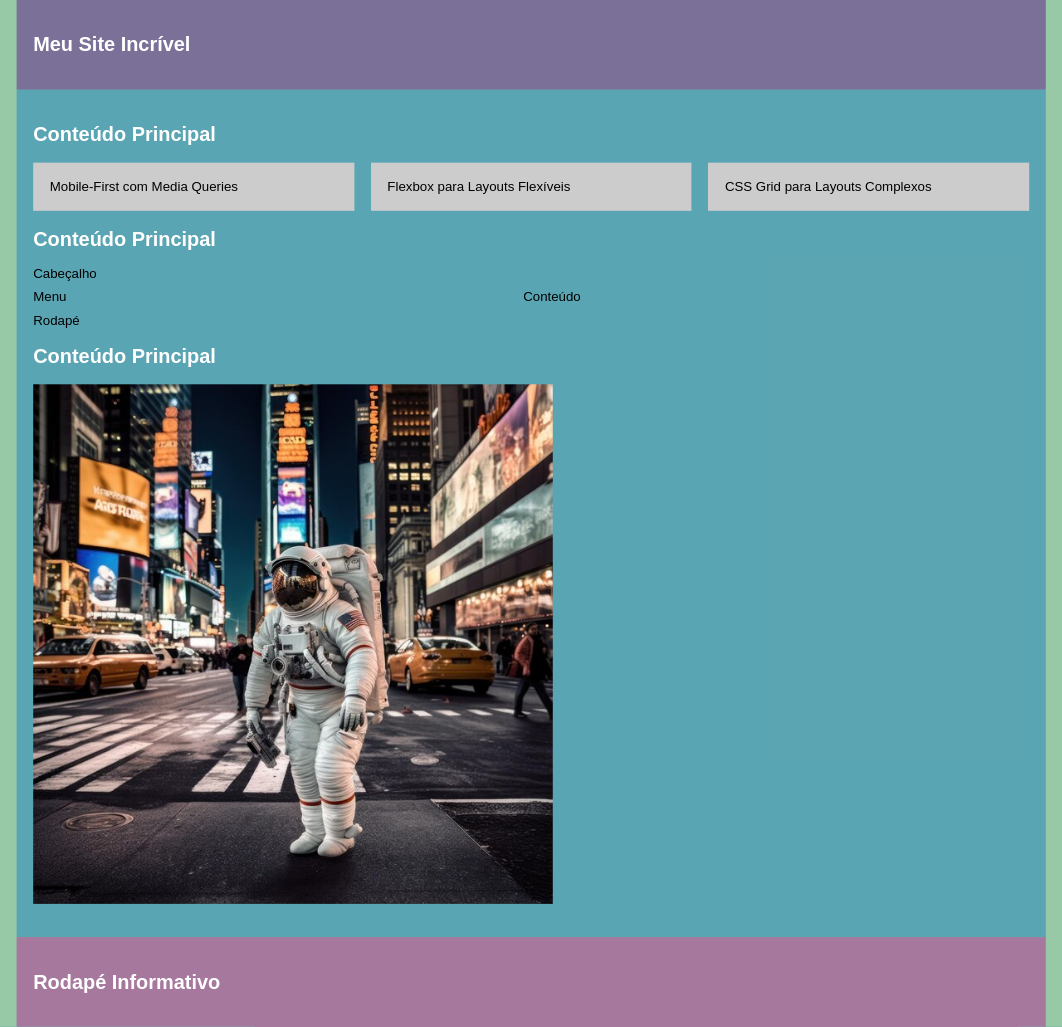
Repository: douglasabnovato/model-lp
Page: index.html
An editor plug-in stored every save of this project. The page is shown before and after the next save, followed by the edit.
The browser window is 1280 px wide. The pictures show the whole page, at 83% of full size.

Above is the page before, as saved 2025-02-25 11:21:33.

### index.html
<!DOCTYPE html>
<html lang="pt-br">
  <head>
    <meta charset="UTF-8" />
    <meta name="viewport" content="width=device-width, initial-scale=1.0" />
    <title>Filmes Épicos</title>
    <link rel="stylesheet" type="text/css" href="./style.css" />
  </head>
  <body>
    <header>
      <h2>Meu Site Incrível</h2>
    </header>
    <main>
      <h2>Conteúdo Principal</h2>
      <div class="container">
        <div class="item">Mobile-First com Media Queries</div>
        <div class="item">Flexbox para Layouts Flexíveis</div>
        <div class="item">CSS Grid para Layouts Complexos</div>
      </div>

      <h2>Conteúdo Principal</h2>
      <div class="grid-container">
        <div class="grid-item">Cabeçalho</div>
        <div class="grid-item">Menu</div>
        <div class="grid-item">Conteúdo</div>
        <div class="grid-item">Rodapé</div>
      </div>

      <h2>Conteúdo Principal</h2>
      <div class="grid-container">
        <img
          src="./assets/astronauta-626.jpg"
          alt="Astronauta"
        />
      </div>
    </main>
    <footer>
      <h2>Rodapé Informativo</h2>
    </footer>
  </body>
</html>

### style.css
/* Estilos base para mobile */
body {
  font-family: Arial, sans-serif;
  margin: 0;
  background-color: #65691c77;
}

h2 {
  color: white;
}

header,
main,
footer {
  padding: 20px;
}

header {
  background-color: #5b0a8777;
}

main {
  background-color: #157bc077;
}

.container {
  display: flex;
  flex-wrap: wrap;
  gap: 20px;
}

.item {
  background-color: #ccc;
  flex: 1 1 200px;
  padding: 20px;
  box-sizing: border-box;
}

.grid-container {
  display: grid;
  grid-template-areas:
    "header header"
    "menu content"
    "footer footer";
  grid-gap: 10px;
}

.grid-item:nth-child(1) {
  grid-area: header;
}

.grid-item:nth-child(2) {
  grid-area: menu;
}

.grid-item:nth-child(3) {
  grid-area: content;
}

.grid-item:nth-child(4) {
  grid-area: footer;
}

footer {
  background-color: #b81b9377;
}

/* Media Query para telas maiores */
@media (min-width: 768px) {
  body {
    background-color: #238d4377;
  }

  header,
  main,
  footer {
    max-width: 1200px;
    margin: 0 auto;
  }
}

After the next save:
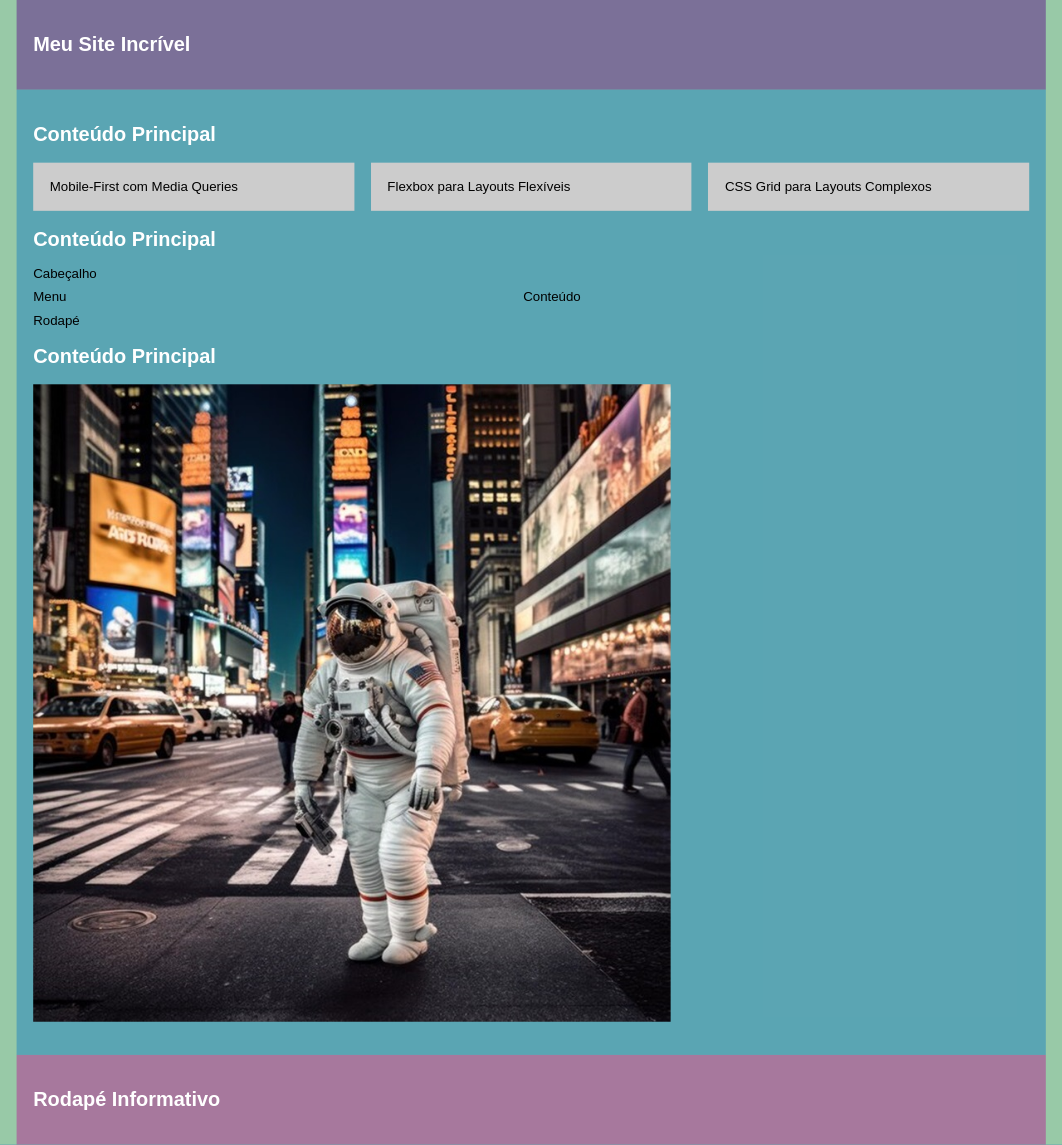
Saved 13 s later.
--- a/index.html
+++ b/index.html
@@ -29,7 +29,7 @@
       <h2>Conteúdo Principal</h2>
       <div class="grid-container">
         <img
-          src="./assets/astronauta-626.jpg"
+          src="./assets/astronauta-768.jpg"
           alt="Astronauta"
         />
       </div>
